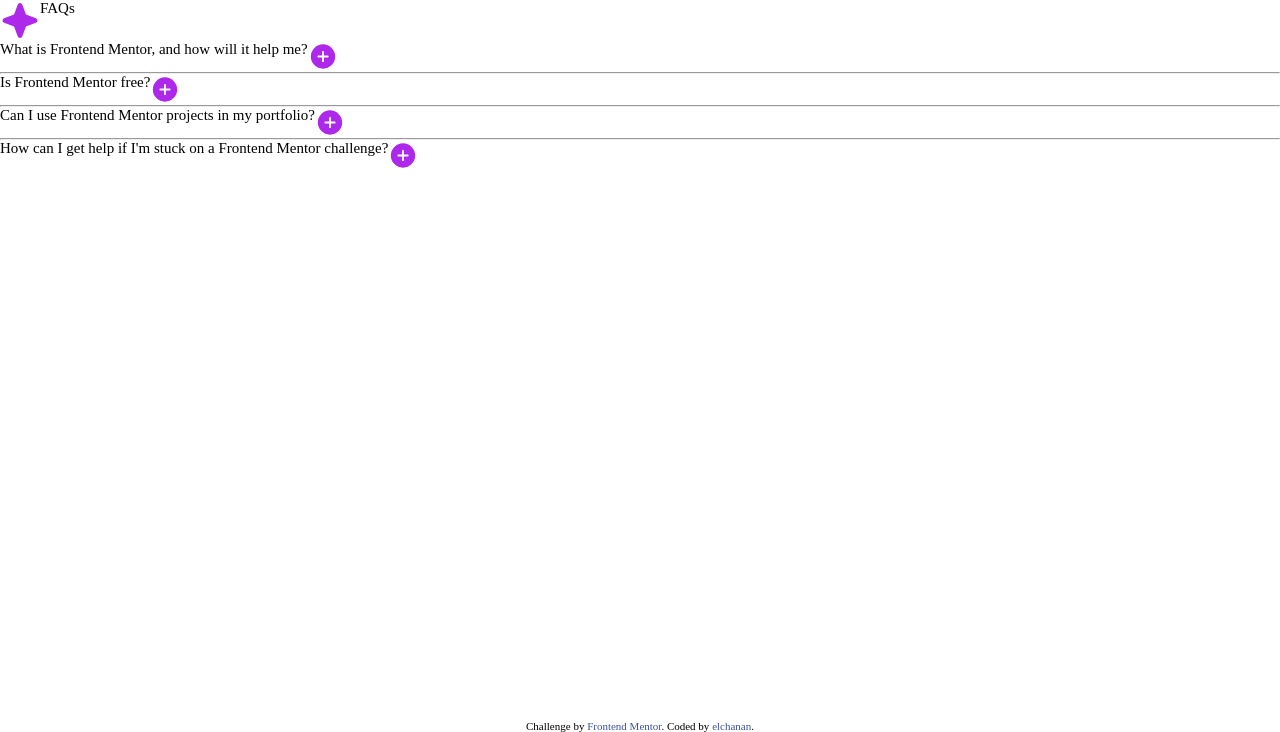
Repository: elchananChen/frontend-mentor-projects
Page: 2024/10/faQs/index.html
These files come from the project's save history. The page is drawn as it stood at one moment and after the next save; the edit follows.
The browser window is 1280 px wide. The pictures show the whole page.

Above is the page before, as saved 2024-10-13 02:02:08.

### 2024/10/faQs/index.html
<!DOCTYPE html>
<html lang="en">
  <head>
    <meta charset="UTF-8" />
    <meta name="viewport" content="width=device-width, initial-scale=1.0" />

    <link
      rel="icon"
      type="image/png"
      sizes="32x32"
      href="./assets/images/favicon-32x32.png"
    />

    <title>Frontend Mentor | FAQ accordion</title>

    <style>
      .attribution {
        font-size: 11px;
        text-align: center;
      }
      .attribution a {
        color: hsl(228, 45%, 44%);
      }
    </style>
    <link rel="stylesheet" href="./style.css" />
  </head>
  <body>
    <article>
      <div class="card">
        <header>
          <div class="flex">
            <div><img src="./assets/images/icon-star.svg" alt="" /></div>
            <h1>FAQs</h1>
          </div>
        </header>
        <main>
          <div class="flex">
            <h3>What is Frontend Mentor, and how will it help me?</h3>
            <div><img src="./assets/images/icon-plus.svg" alt="" /></div>
          </div>
          <p class="hidden">
            Frontend Mentor offers realistic coding challenges to help
            developers improve their frontend coding skills with projects in
            HTML, CSS, and JavaScript. It's suitable for all levels and ideal
            for portfolio building.
          </p>
          <hr />
          <div class="flex">
            <h3>Is Frontend Mentor free?</h3>
            <div><img src="./assets/images/icon-plus.svg" alt="" /></div>
          </div>
          <p class="hidden">
            Yes, Frontend Mentor offers both free and premium coding challenges,
            with the free option providing access to a range of projects
            suitable for all skill levels.
          </p>
          <hr />
          <div class="flex">
            <h3>Can I use Frontend Mentor projects in my portfolio?</h3>
            <div><img src="./assets/images/icon-plus.svg" alt="" /></div>
          </div>
          <p class="hidden">
            Yes, you can use projects completed on Frontend Mentor in your
            portfolio. It's an excellent way to showcase your skills to
            potential employers!
          </p>
          <hr />
          <div class="flex">
            <h3>
              How can I get help if I'm stuck on a Frontend Mentor challenge?
            </h3>
            <div><img src="./assets/images/icon-plus.svg" alt="" /></div>
          </div>
          <p class="hidden">
            The best place to get help is inside Frontend Mentor's Discord
            community. There's a help channel where you can ask questions and
            seek support from other community members.
          </p>
        </main>
      </div>
    </article>
    <div class="attribution">
      Challenge by
      <a href="https://www.frontendmentor.io?ref=challenge" target="_blank"
        >Frontend Mentor</a
      >. Coded by <a href="#">elchanan</a>.
    </div>
  </body>
</html>

### 2024/10/faQs/style.css
@import url("./css/reset.css");
@import url("./css/varieble.css");
@import url("./css/fonts.css");
@import url("./css/utilities.css");

article {
  min-height: 100vh;
  width: 100%;
}
.card {
  min-height: 100vh;
  background-color: var(--color-Light-pink);
}
header {
}

### 2024/10/faQs/css/reset.css
* {
  box-sizing: border-box;
  margin: 0;
  padding: 0;
}
html {
  font-family: "overpass-Regular";
}
html,
body {
  min-height: 100vh;
  width: 100%;
  font-size: 15px;
}

img {
  display: block;
  max-width: 100%;
}
h1,
h2,
h3,
h4,
h5,
h6 {
  font-size: 1rem;
  font-weight: normal;
}
button {
  border: 0px;
}

ul,
ol {
  padding-left: 0.5rem;
}
a {
  text-decoration: none;
  color: inherit;
}

### 2024/10/faQs/css/utilities.css
.flex {
  display: flex;
}
.hidden {
  display: none;
}

Loaded but not shown: 2024/10/faQs/css/fonts.css (no copy from this time; the picture is the same without it); 2024/10/faQs/css/varieble.css (no stored copy; drawn as an empty file)

After the next save:
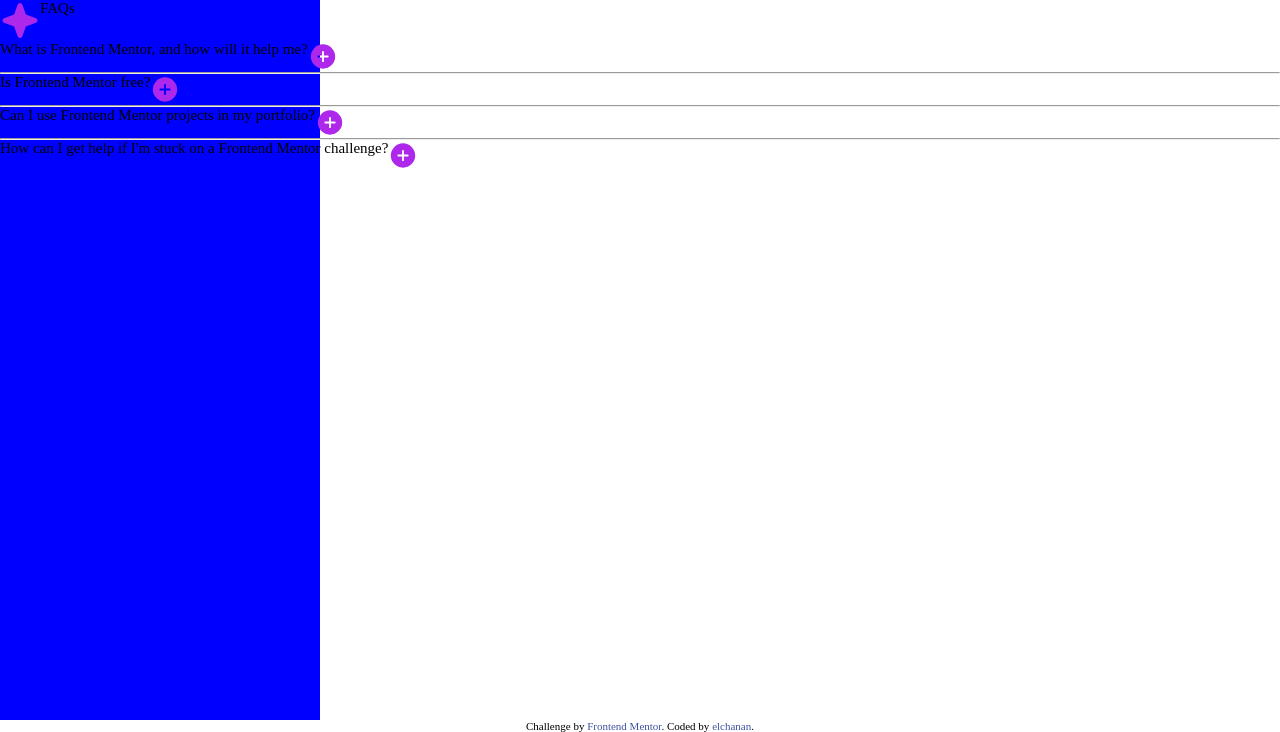
Saved 3 h 17 min later.
--- a/2024/10/faQs/style.css
+++ b/2024/10/faQs/style.css
@@ -9,7 +9,11 @@
 }
 .card {
   min-height: 100vh;
-  background-color: var(--color-Light-pink);
+  width: 100%;
+  height: 25px;
+  background: -moz-linear-gradient(left, blue 75%, white 25%);
+  background: -webkit-linear-gradient(left, blue 75%, white 25%);
+  background: linear-gradient(to right, blue 25%, white 25%);
 }
 header {
 }
